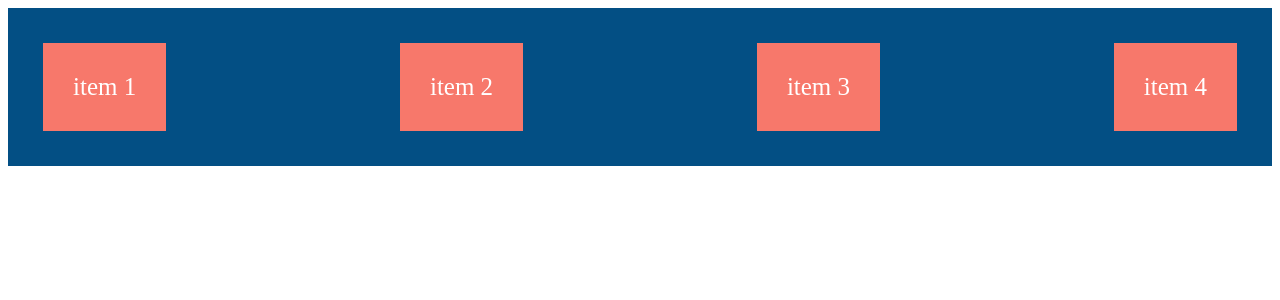
Repository: mehmetbuber38/flex
Page: flex-alignments.html
An editor plug-in stored every save of this project. The page is shown before and after the next save, followed by the edit.
The browser window is 1280 px wide. The pictures show the whole page.

Above is the page before, as saved 2022-01-30 19:13:40.

### flex-alignments.html
<!DOCTYPE html>
<html lang="en">

<head>
    <meta charset="UTF-8">
    <meta http-equiv="X-UA-Compatible" content="IE=edge">
    <meta name="viewport" content="width=device-width, initial-scale=1.0">
    <title>Flex Container</title>
</head>
<style>
    .container {
        display: flex;
        /* justify-content: center;   Yatayda sıralar ve ortaya hizalar.*/
        /* justify-content: flex-start; Sayfanın en başına alır. */
        /* justify-content: flex-end; Sayfanın en sonuna gelir. */


        /* justify-content: space-around;  Aralarında 1 ve 2 x birim boşluk bırakır. */
        justify-content: space-between;

        background-color: #034f84;
        padding: 15px;
    }

    .item {
        background-color: #f7786b;
        padding: 30px;
        margin: 20px;
        color: #fff;
        font-size: 25px;
    }
</style>

<body>
    <div class="container">
        <div class="item">item 1</div>
        <div class="item">item 2</div>
        <div class="item">item 3</div>
        <div class="item">item 4</div>

    </div>

</body>

</html>

After the next save:
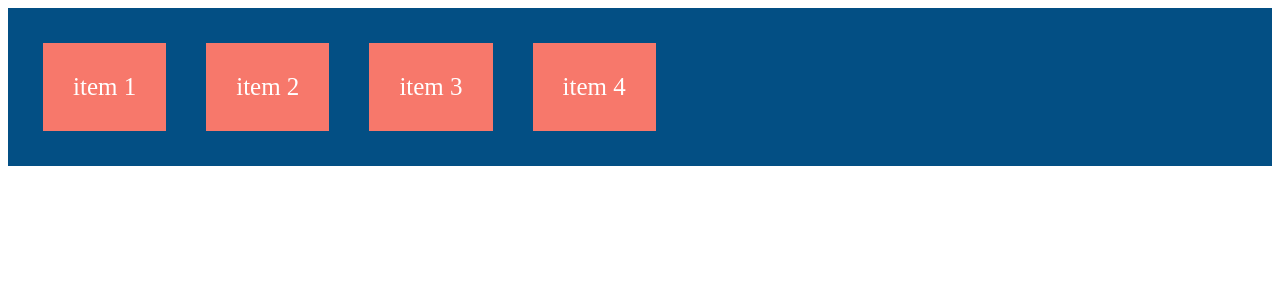
Saved 28 s later.
--- a/flex-alignments.html
+++ b/flex-alignments.html
@@ -16,7 +16,7 @@
 
 
         /* justify-content: space-around;  Aralarında 1 ve 2 x birim boşluk bırakır. */
-        justify-content: space-between;
+        /* justify-content: space-between; Sağ yada soldan boşluk bırakılmaz elemanlar arası eşit boşluk bırakılır. */
 
         background-color: #034f84;
         padding: 15px;
